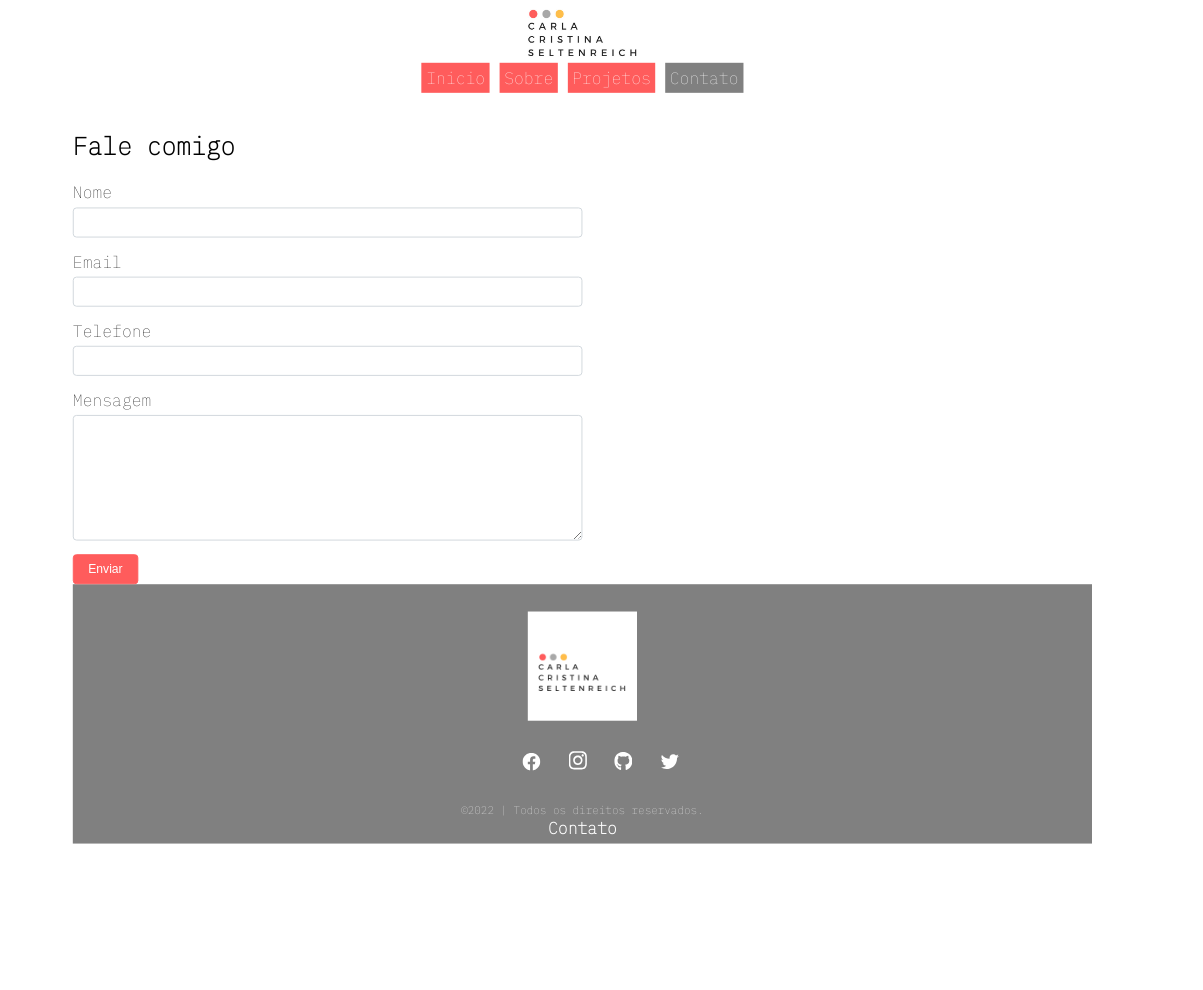
Repository: carla-seltenreich/portfolio
Page: contact.html
The author's editor kept a copy of each file at every save. The page is drawn from the files as they stood at one save, then again after the next save.
The browser window is 1280 px wide. The page is 1322 px wide, so the pictures cover 1322 px, including what lies to the right of the window. The pictures show the whole page, at 91% of full size.

Above is the page before, as saved 2022-05-26 18:17:08.

### contact.html
<!DOCTYPE html>
<html lang="en">

<head>
    <meta charset="UTF-8">
    <meta http-equiv="X-UA-Compatible" content="IE=edge">
    <meta name="viewport" content="width=device-width, initial-scale=1.0">
    <title>Carla Cristina Seltenreich</title>
    <link rel="preconnect" href="https://fonts.googleapis.com">
    <link rel="preconnect" href="https://fonts.gstatic.com" crossorigin>
    <link rel="stylesheet" href="style.css">

    <link href="preconnect" href="https://fonts.googleapis.com">
    <link rel="preconnect" href="https://fonts.gstatic.com" crossorigin>
    <link href="https://fonts.googleapis.com/css2?family=IBM+Plex+Mono:wght@100&family=Questrial&display=swap"
        rel="stylesheet">
</head>

<body>
    <header class="header">
        <div class="container header-container">
            <a href="index.html"><img src="Carla cristina sELTENREICH.jpg" alt="logo" class="brand"></a>
            <ul class="nav">
                <li>
                    <a href="index.html">Inicio</a>
                </li>
                <li>
                    <a href="about.html">Sobre</a>
                </li>
                <li>
                    <a href="project.html">Projetos</a>
                </li>
                <li>
                    <a href="contact.html" class="active">Contato</a>
                </li>
            </ul>
        </div>
    </header>
    <section class="container">
        <h2>Fale comigo</h2>
        <div class="page-contact">
            <form class="page-contact-form">
                <div class="form-group">
                    <label for="name">Nome</label>
                    <input class="form-item" type="text" id="name" name="name">
                </div>
                <div class="form-group">
                    <label for="email">Email</label>
                    <input class="form-item" type="email" id="email" name="email">
                </div>
                <div class="form-group">
                    <label for="phone">Telefone</label>
                    <input class="form-item" type="tel" id="phone" name="phone">
                </div>
                <div class="form-group">
                    <label for="message">Mensagem</label>
                    <textarea class="form-item" id="message" name="message" rows="8"></textarea>
                </div>
                <input type="submit" value="Enviar" class="btn">
            </form>
    <footer class="footer">
        <div class="container">
            <a href="index.html"><img src="Carla cristina sELTENREICH.png" alt="logo" class="brand"></a>
            <div class="footer-container">
                <div class="footer-contact">
                    <h4>Contato</h4>

                    <address>Avenida Benjamin Constant, 3517 <br />Bairro Montanha - Lajeadoa/RS 95905-080
                    </address>
                    <a href="#">(51)997284931</a>
                    <a href="#">carla_cris95@hotmail.com</a>
                </div>

                <div class="footer-social-medias">
                    <ul class="social-medias">
                        <li><a href="https://www.facebook.com/carla.cristina.16144/"><img src="facebook-brands (1).svg"
                                    alt="logo-facebook" class="logo-socialmedia"></a></li>
                        <li><a href="https://www.instagram.com/100meat/"><img src="instagram-brands (1).svg"
                                    alt="logo-instagram" class="logo-socialmedia"></a></li>
                        <li><a href="https://github.com/carla-seltenreich"><img src="github-brands.svg"
                                    alt="logo-github" class="logo-socialmedia"></a></li>
                        <li><a href="https://twitter.com/100meat"><img src="twitter-brands (1).svg" alt="logo-twitter"
                                    class="logo-socialmedia"></a></li>
                    </ul>
                </div>
                <div class="copyright">©2022 | Todos os direitos reservados.</div>
            </div>
    </footer>
</body>

</html>

### style.css
body {
    font-family: 'IBM Plex Mono';
    font-size: 18px;
    padding-top: 120px;
    margin: 0;
}

.container {
    max-width: 1120px;
    margin: 0 auto;
}

.header {
    background: #fff;
    position: absolute;
    width: 100%;
    text-align: center;
    top: 0;
    z-index: 1;
    padding: 10px 0;
    box-sizing: border-box;
    align-items: center;
}

.brand {
    max-width: 120px;
}

.nav {
    margin: 0;
    padding: 0;
    list-style: none;
}

.nav li {
    background-color: #ff5c5c;
    display: inline-block;
}

.nav a {
    color: #fff;
    display: block;
    padding: 5px;
    text-decoration: none;
}

.nav a:hover {
    color: gray;

}

.nav a.active {
    color: #fff;
    background: gray;
}

.name {
    padding: 7px;
}

.name-title {
    text-align: center;
    font-size: 30px;
}


.photo-banner {
    background-color: #ff5c5c;
    width: 500px;
    display: block;
    max-width: 100%;
    margin: 0 auto;
    border-radius: 8px;
}

.lastest-projects-home {
    background-color: #ff5c5c;
    color: #fff;
    padding: 50px;
    position: center;
}

.logo-project {
    width: 30px;
    height: 30px;
}

.text-about-home {
    margin: 90px;
    top: 808px;
    font-style: normal;
    font-weight: 400;
    font-size: 15px;
    line-height: 30px;
    /* or 200% */

    display: flex;
    align-items: center;
}

.project {
    padding: 90px;
    color: black;
}

.title-project {
    position: absolute;
    width: 800px;
    height: 57px;
    left: 283px;
    top: 156px;

    font-style: normal;
    font-weight: 600;
    font-size: 44px;
    line-height: 57px;
    display: flex;
    align-items: center;
}

.text-project {
    position: absolute;
    width: 800px;
    height: 120px;
    left: 283px;
    top: 233px;
    font-size: 15px;
    line-height: 30px;
    /* or 200% */

    display: flex;
    align-items: center;

    color: #363636;
}

.text-one {
    position: absolute;
    width: 800px;
    height: 120px;
    left: 283px;
    top: 980px;
    font-size: 15px;
    line-height: 30px;
    /* or 200% */

    display: flex;
    align-items: center;
    color: black;
}

.text-two {
    position: absolute;
    width: 800px;
    height: 120px;
    left: 285px;
    top: 1750px;

    font-size: 15px;
    line-height: 30px;
    /* or 200% */

    display: flex;
    align-items: center;
    color: black;
}

.text-three {
    position: absolute;
    width: 800px;
    left: 239px;
    top: 2580px;
    font-weight: 400;
    font-size: 15px;
    line-height: 30px;
    /* or 200% */

    display: flex;
    align-items: center;

    color: black;
}

.photo-one {
    position: absolute;
    width: 550px;
    height: 500px;
    left: 40px;
    top: 380px;

}

.photo-two {
    position: absolute;
    width: 800px;
    height: 700px;
    left: 75px;
    top: 1070px;
    /* or 200% */

    display: flex;
    align-items: center;
}

.photo-three {
    position: absolute;
    Top: 1950px;
    Left: 35px;
}

.about-me-text {
    line-height: 30px;
    padding: 5px 70px;
}

.work {
    position: absolute;

height: 1000px;
left: 440px;
top: 233px;


line-height: 30px;
/* or 200% */

display: flex;
align-items: center;

color: black;

}
.footer-about {
    position: relative;
    top: 270px;
}
.footer-project {
    top: 2300px;
    position: relative;
}

.footer-contact {
    padding: 30px 0;
    text-align: center;
    margin: -122px;
    position: relative;
    top: 170px;
}
.footer {
    color: #fff;
    background: grey;
    padding: 30px 0;
    text-align: center;
}

.footer-container {
    display: block;
    justify-content: center;
}

.footer-contact a {
    display: block;
    color: #fff;
    text-decoration: none;
}

.footer-social-medias {}

.social-medias li {
    display: inline-block;
}

.social-meidas a {
    display: block;
    font-size: 25px;
    padding: 20px 10px;

}

.logo-socialmedia {
    width: 20px;
    padding: 10px;
}

.footer-contact address {
    margin-bottom: 20px;
}

.copyright {
    font-size: 12px;
    margin-top: 20px;
}

.page-contact {
    margin-bottom: 20px;
}

.page-contact-info {
    padding-left: 30px;
}

.page-contact-info a,
.page-contact-info address {
    color: black;
    font-weight: 600;
    font-style: normal;
    text-decoration: none;
}

.page-contact-info h3 {
    color: #78706e;
    margin: 0 0 5px;
    font-size: 14px;
}

.page-contact-form {
    width: 50%;
}

.form-group {
    margin-bottom: 15px;
}

.form-group label {
    display: block;
    margin-bottom: 5px;
}

.form-item {
    width: 100%;
    display: block;
    padding: 0.5rem 0.75rem;
    border: 1px solid #ced4da;
    border-radius: 0.25rem;
    box-sizing: border-box;
}

.form-item:focus {
    outline: none;
    border-color: #ff5c5c;
}

.btn {
    color: #fff;
    padding: 8px 16px;
    text-decoration: none;
    border-radius: 4px;
    background: #ff5c5c;
    border: 1px solid #ff5c5c;

    @media screen and (min-width: 768px) {
        body {
            padding-top: 80px;
        }

        .header-container {
            display: flex;
            justify-content: space-between;
        }

        .nav a {
            padding: 20px 10px;
        }
    }

### facebook-brands (1).svg
<svg xmlns="http://www.w3.org/2000/svg" viewBox="0 0 512 512"><!--! Font Awesome Pro 6.1.1 by @fontawesome - https://fontawesome.com License - https://fontawesome.com/license (Commercial License) Copyright 2022 Fonticons, Inc. --><path fill="#fff" d="M504 256C504 119 393 8 256 8S8 119 8 256c0 123.78 90.69 226.38 209.25 245V327.69h-63V256h63v-54.64c0-62.15 37-96.48 93.67-96.48 27.14 0 55.52 4.84 55.52 4.84v61h-31.28c-30.8 0-40.41 19.12-40.41 38.73V256h68.78l-11 71.69h-57.78V501C413.31 482.38 504 379.78 504 256z"/></svg>

### instagram-brands (1).svg
<svg xmlns="http://www.w3.org/2000/svg" viewBox="0 0 448 512"><!--! Font Awesome Pro 6.1.1 by @fontawesome - https://fontawesome.com License - https://fontawesome.com/license (Commercial License) Copyright 2022 Fonticons, Inc. --><path fill="#fff" d="M224.1 141c-63.6 0-114.9 51.3-114.9 114.9s51.3 114.9 114.9 114.9S339 319.5 339 255.9 287.7 141 224.1 141zm0 189.6c-41.1 0-74.7-33.5-74.7-74.7s33.5-74.7 74.7-74.7 74.7 33.5 74.7 74.7-33.6 74.7-74.7 74.7zm146.4-194.3c0 14.9-12 26.8-26.8 26.8-14.9 0-26.8-12-26.8-26.8s12-26.8 26.8-26.8 26.8 12 26.8 26.8zm76.1 27.2c-1.7-35.9-9.9-67.7-36.2-93.9-26.2-26.2-58-34.4-93.9-36.2-37-2.1-147.9-2.1-184.9 0-35.8 1.7-67.6 9.9-93.9 36.1s-34.4 58-36.2 93.9c-2.1 37-2.1 147.9 0 184.9 1.7 35.9 9.9 67.7 36.2 93.9s58 34.4 93.9 36.2c37 2.1 147.9 2.1 184.9 0 35.9-1.7 67.7-9.9 93.9-36.2 26.2-26.2 34.4-58 36.2-93.9 2.1-37 2.1-147.8 0-184.8zM398.8 388c-7.8 19.6-22.9 34.7-42.6 42.6-29.5 11.7-99.5 9-132.1 9s-102.7 2.6-132.1-9c-19.6-7.8-34.7-22.9-42.6-42.6-11.7-29.5-9-99.5-9-132.1s-2.6-102.7 9-132.1c7.8-19.6 22.9-34.7 42.6-42.6 29.5-11.7 99.5-9 132.1-9s102.7-2.6 132.1 9c19.6 7.8 34.7 22.9 42.6 42.6 11.7 29.5 9 99.5 9 132.1s2.7 102.7-9 132.1z"/></svg>

### github-brands.svg
<svg xmlns="http://www.w3.org/2000/svg" viewBox="0 0 496 512"><!--! Font Awesome Pro 6.1.1 by @fontawesome - https://fontawesome.com License - https://fontawesome.com/license (Commercial License) Copyright 2022 Fonticons, Inc. --><path fill="#fff" d="M165.9 397.4c0 2-2.3 3.6-5.2 3.6-3.3.3-5.6-1.3-5.6-3.6 0-2 2.3-3.6 5.2-3.6 3-.3 5.6 1.3 5.6 3.6zm-31.1-4.5c-.7 2 1.3 4.3 4.3 4.9 2.6 1 5.6 0 6.2-2s-1.3-4.3-4.3-5.2c-2.6-.7-5.5.3-6.2 2.3zm44.2-1.7c-2.9.7-4.9 2.6-4.6 4.9.3 2 2.9 3.3 5.9 2.6 2.9-.7 4.9-2.6 4.6-4.6-.3-1.9-3-3.2-5.9-2.9zM244.8 8C106.1 8 0 113.3 0 252c0 110.9 69.8 205.8 169.5 239.2 12.8 2.3 17.3-5.6 17.3-12.1 0-6.2-.3-40.4-.3-61.4 0 0-70 15-84.7-29.8 0 0-11.4-29.1-27.8-36.6 0 0-22.9-15.7 1.6-15.4 0 0 24.9 2 38.6 25.8 21.9 38.6 58.6 27.5 72.9 20.9 2.3-16 8.8-27.1 16-33.7-55.9-6.2-112.3-14.3-112.3-110.5 0-27.5 7.6-41.3 23.6-58.9-2.6-6.5-11.1-33.3 2.6-67.9 20.9-6.5 69 27 69 27 20-5.6 41.5-8.5 62.8-8.5s42.8 2.9 62.8 8.5c0 0 48.1-33.6 69-27 13.7 34.7 5.2 61.4 2.6 67.9 16 17.7 25.8 31.5 25.8 58.9 0 96.5-58.9 104.2-114.8 110.5 9.2 7.9 17 22.9 17 46.4 0 33.7-.3 75.4-.3 83.6 0 6.5 4.6 14.4 17.3 12.1C428.2 457.8 496 362.9 496 252 496 113.3 383.5 8 244.8 8zM97.2 352.9c-1.3 1-1 3.3.7 5.2 1.6 1.6 3.9 2.3 5.2 1 1.3-1 1-3.3-.7-5.2-1.6-1.6-3.9-2.3-5.2-1zm-10.8-8.1c-.7 1.3.3 2.9 2.3 3.9 1.6 1 3.6.7 4.3-.7.7-1.3-.3-2.9-2.3-3.9-2-.6-3.6-.3-4.3.7zm32.4 35.6c-1.6 1.3-1 4.3 1.3 6.2 2.3 2.3 5.2 2.6 6.5 1 1.3-1.3.7-4.3-1.3-6.2-2.2-2.3-5.2-2.6-6.5-1zm-11.4-14.7c-1.6 1-1.6 3.6 0 5.9 1.6 2.3 4.3 3.3 5.6 2.3 1.6-1.3 1.6-3.9 0-6.2-1.4-2.3-4-3.3-5.6-2z"/></svg>

### twitter-brands (1).svg
<svg xmlns="http://www.w3.org/2000/svg" viewBox="0 0 512 512"><!--! Font Awesome Pro 6.1.1 by @fontawesome - https://fontawesome.com License - https://fontawesome.com/license (Commercial License) Copyright 2022 Fonticons, Inc. --><path fill="#fff" d="M459.37 151.716c.325 4.548.325 9.097.325 13.645 0 138.72-105.583 298.558-298.558 298.558-59.452 0-114.68-17.219-161.137-47.106 8.447.974 16.568 1.299 25.34 1.299 49.055 0 94.213-16.568 130.274-44.832-46.132-.975-84.792-31.188-98.112-72.772 6.498.974 12.995 1.624 19.818 1.624 9.421 0 18.843-1.3 27.614-3.573-48.081-9.747-84.143-51.98-84.143-102.985v-1.299c13.969 7.797 30.214 12.67 47.431 13.319-28.264-18.843-46.781-51.005-46.781-87.391 0-19.492 5.197-37.36 14.294-52.954 51.655 63.675 129.3 105.258 216.365 109.807-1.624-7.797-2.599-15.918-2.599-24.04 0-57.828 46.782-104.934 104.934-104.934 30.213 0 57.502 12.67 76.67 33.137 23.715-4.548 46.456-13.32 66.599-25.34-7.798 24.366-24.366 44.833-46.132 57.827 21.117-2.273 41.584-8.122 60.426-16.243-14.292 20.791-32.161 39.308-52.628 54.253z"/></svg>

After the next save:
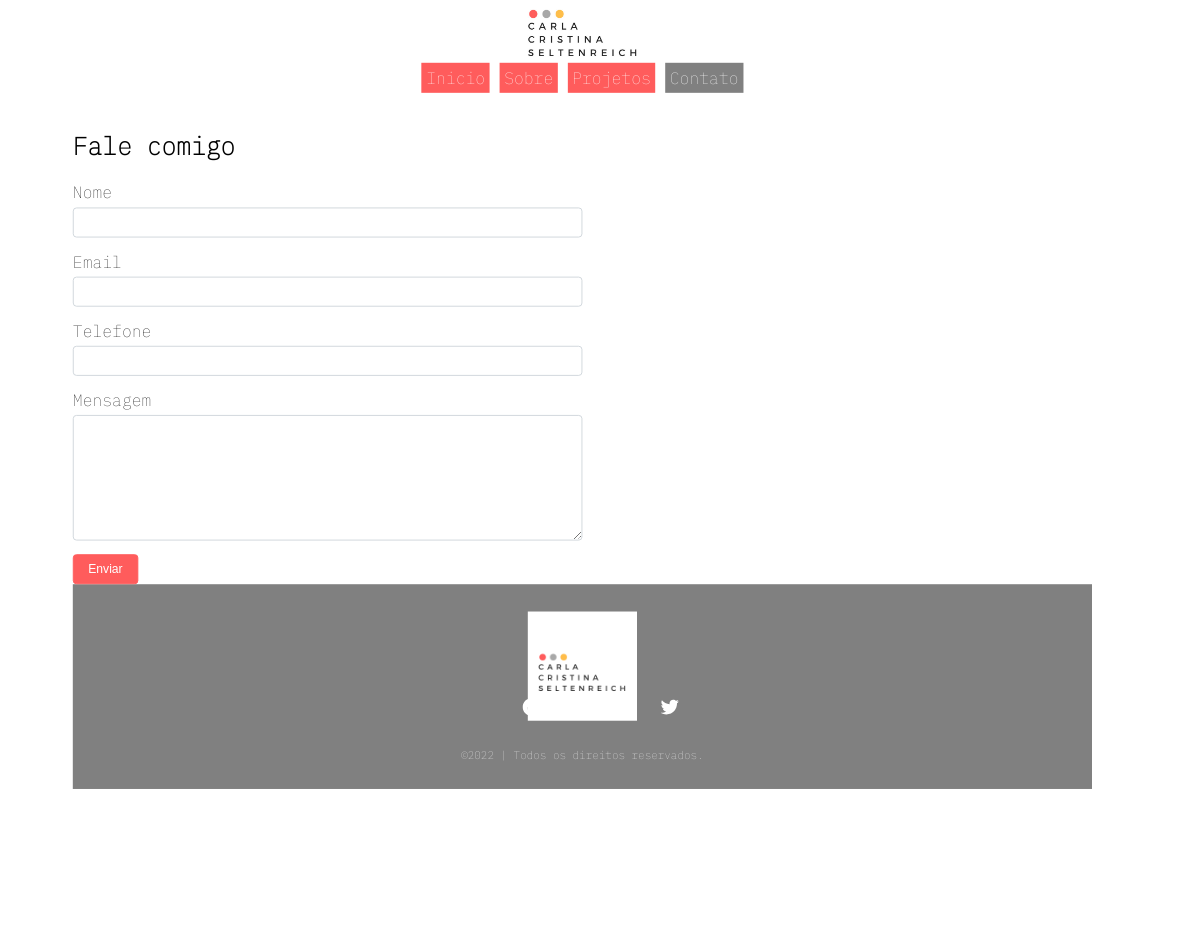
Saved 19 s later.
--- a/style.css
+++ b/style.css
@@ -240,8 +240,6 @@ color: black;
 }
 
 .footer-contact {
-    padding: 30px 0;
-    text-align: center;
     margin: -122px;
     position: relative;
     top: 170px;
